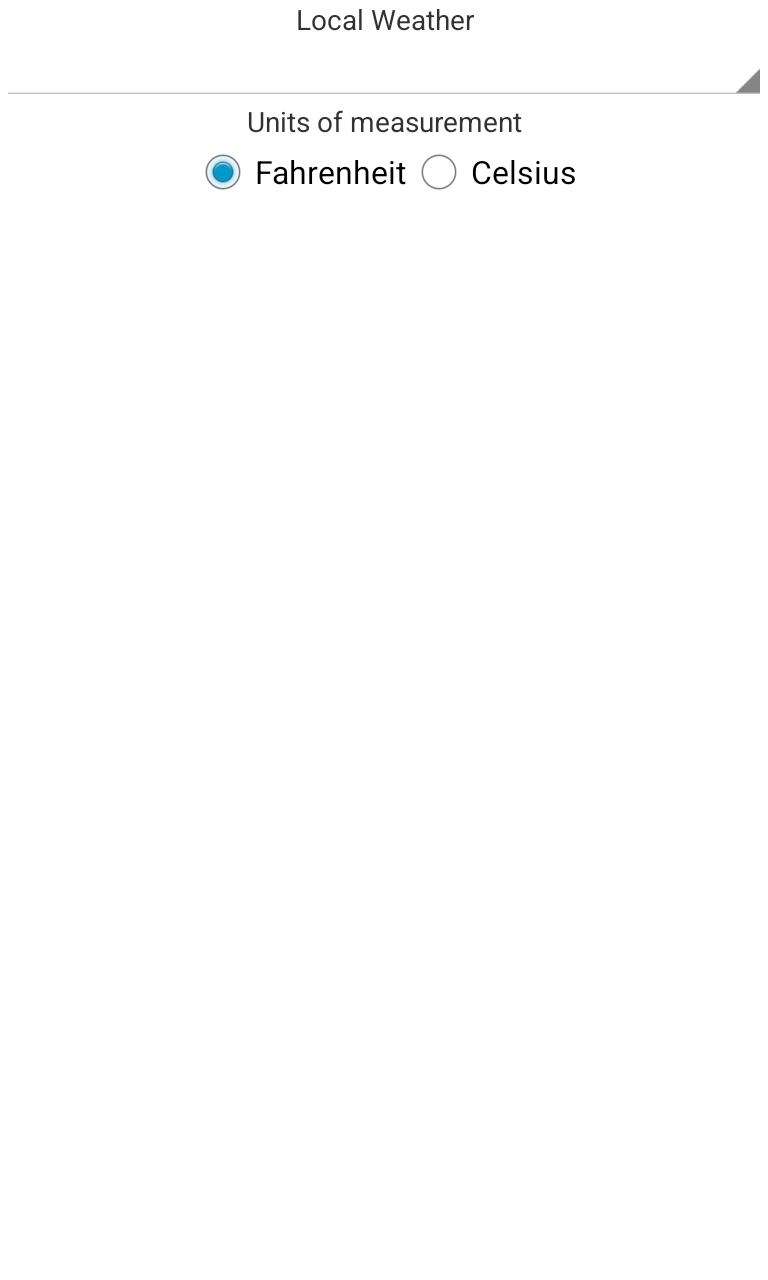
Repository: efreestone/Java1
Layout: Java1Project4/res/layout/activity_main.xml
The author's editor kept a copy of each file at every save. The layout is drawn from the files as they stood at one save, then again after the next save.
It is drawn on a 768 x 1280 px phone screen (xhdpi) without system bars, with theme AppTheme; the app's code is not run.

Above is the layout before, as saved 2014-03-25 20:48:45.

After the next save:
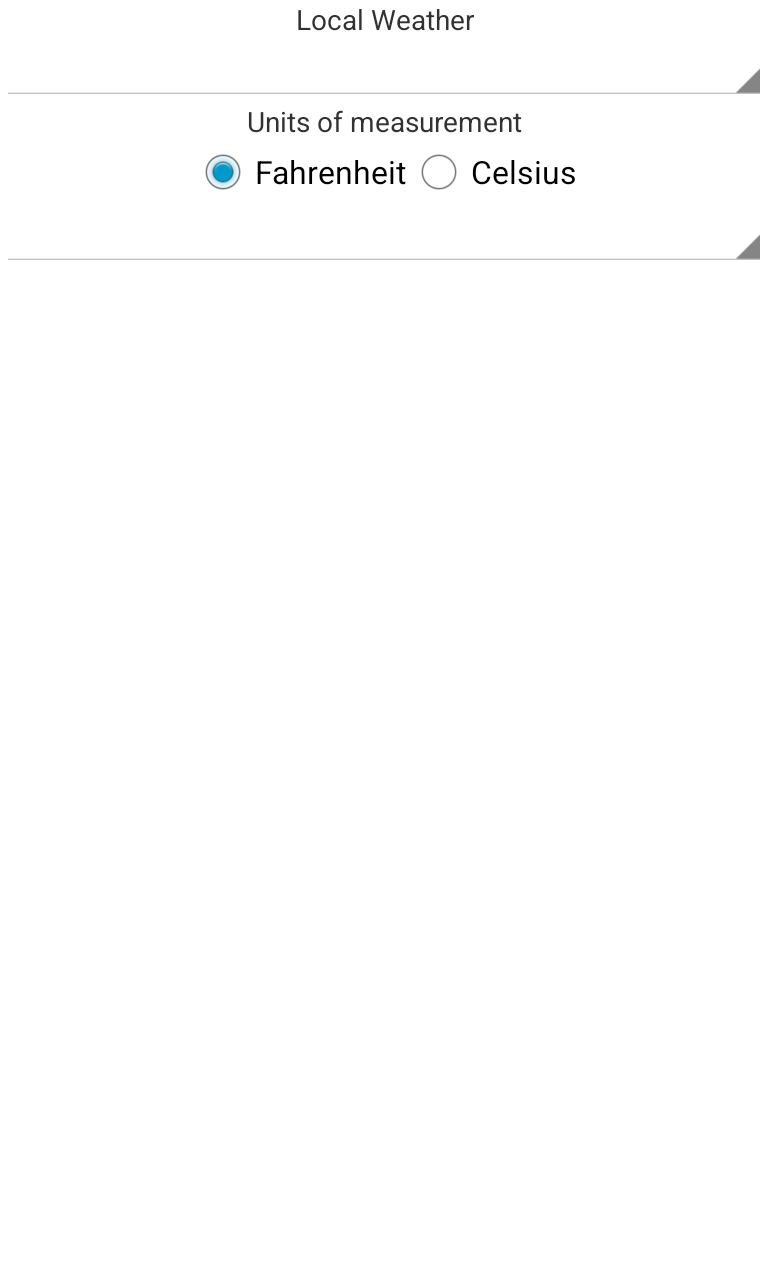
Saved 100 s later.
--- a/Java1Project4/res/layout/activity_main.xml
+++ b/Java1Project4/res/layout/activity_main.xml
@@ -54,6 +54,12 @@
                 android:text="@string/celsiusString"/>
         </RadioGroup>
 
+        <!-- Current Spinner -->
+        <Spinner
+            android:id="@+id/currentSpinner"
+            android:layout_width="match_parent"
+            android:layout_height="wrap_content"/>
+
     <!-- </LinearLayout> -->
 
 </LinearLayout>
